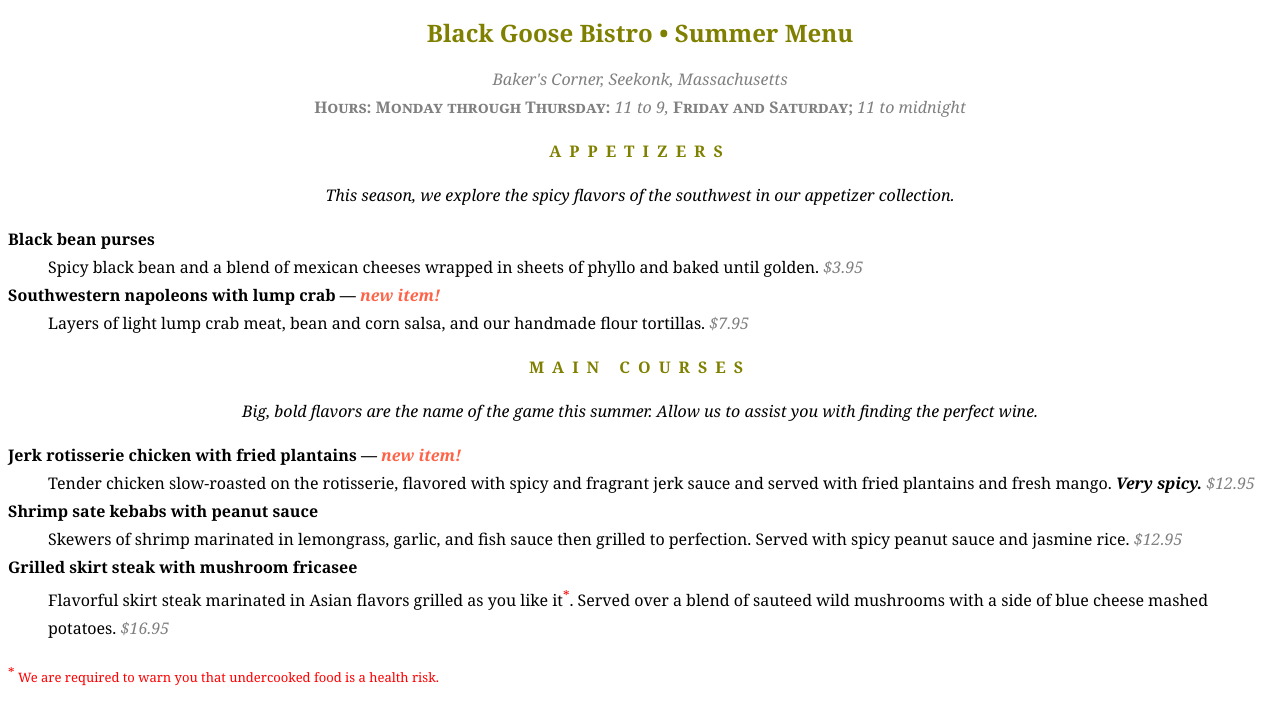
Repository: Colo-Codes/code-practice
Page: 02-css-practice-2.html
The author's editor kept a copy of each file at every save. The page is drawn from the files as they stood at one save, then again after the next save.
The browser window is 1280 px wide. The pictures show the whole page.
Some web fonts or font styles are not loaded; a fallback is used.

Above is the page before, as saved 2021-05-06 06:52:31.

After the next save:
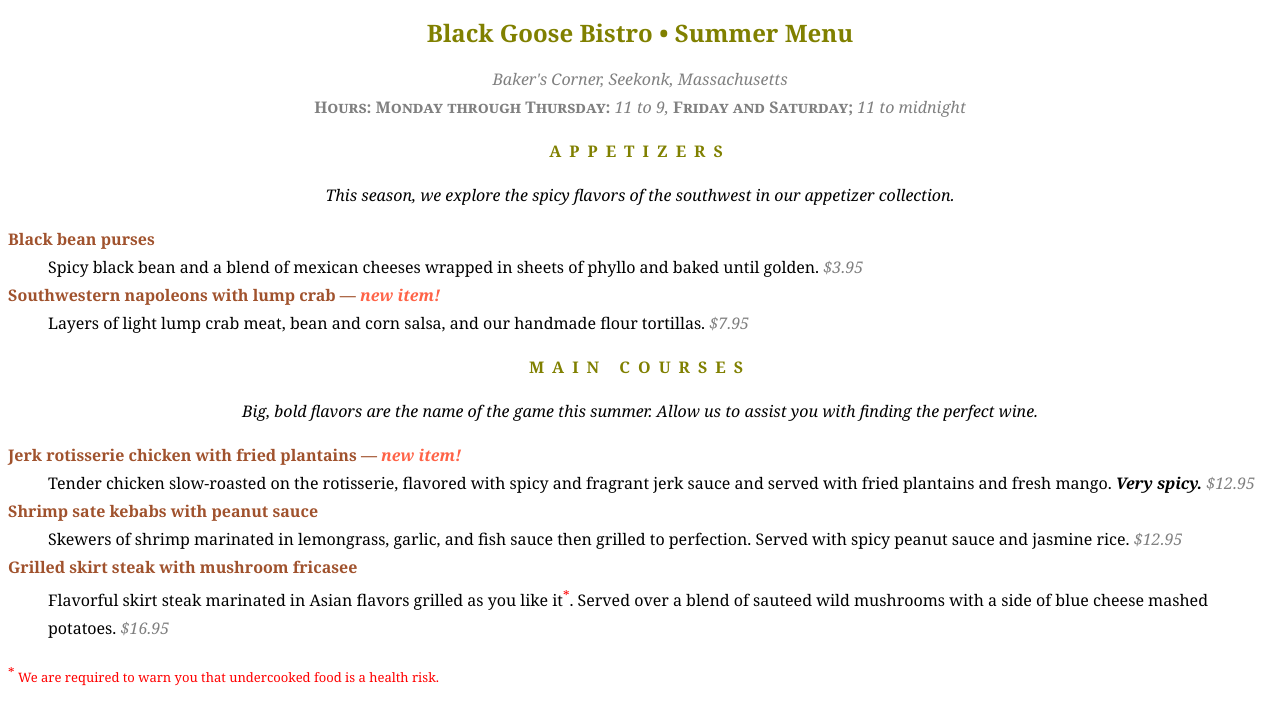
Saved 91 s later.
--- a/02-css-practice-2.html
+++ b/02-css-practice-2.html
@@ -33,6 +33,7 @@
         }
         dt {
             font-weight: bold;
+            color: sienna;
         }
         strong {
             font-style: italic;
